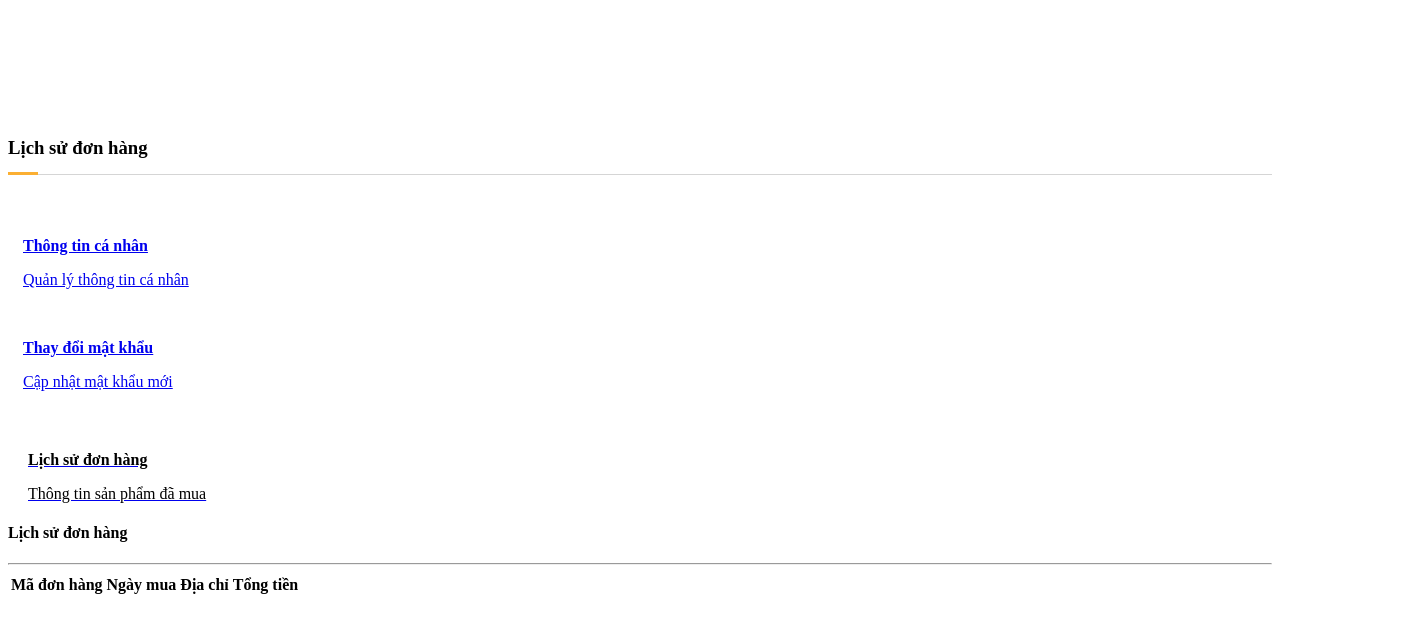
Repository: nguyengiabao245/NHOM3_C2
Page: http://localhost/DoAnJava/WEB-INF/views/order/list.jsp
These files come from the project's save history. The page is drawn as it stood at one moment and after the next save; the edit follows.
The browser window is 1280 px wide. The page is 1408 px wide, so the pictures cover 1408 px, including what lies to the right of the window. The pictures show the whole page.
The page is served by Tomcat 9. Nobody is signed in. The template is opened directly, without the code that normally fills it, so the values that code supplies are empty.

Above is the page before, as saved 2022-05-16 06:51:58.

### DoAnJava/src/main/webapp/WEB-INF/views/order/list.jsp
<%@ page pageEncoding="utf-8"%>
<%@ taglib uri="http://java.sun.com/jstl/core_rt" prefix="c"%>
<%@ taglib uri="http://java.sun.com/jstl/fmt_rt" prefix="f"%>
<%@ taglib prefix="fmt" uri="http://java.sun.com/jsp/jstl/fmt"%>



<div class="container" style="margin-bottom: 25px;margin-top:100px">
	<br>
	<h3 class="title" style="font-weight: 700">Lịch sử đơn hàng	</h3>
	<br>


	<div class="row">
		<div class="col-sm-4">

			<li class="nav-item2 " style="list-style-type: none;"><a
				class="nav-link collapsed" href="/account/edit"
				ata-toggle="collapse" id="i">
					<div class="row">
						<div class="col-sm-2">
							<i class="fas fa-info-circle"
								style="font-size: 30px; padding: 12px 5px; color: black;"></i>
						</div>
						<div class="col-sm-10" style="padding: 0px 15px;">
							<span> <b>Thông tin cá nhân</b>
								<p>Quản lý thông tin cá nhân</p>
							</span>
						</div>
					</div>
			</a></li>

			<li class="nav-item2 " style="list-style-type: none;"><a
				class="nav-link collapsed" href="/account/change"
				data-toggle="collapse" data-target="#collapseNews"
				aria-expanded="true" aria-controls="collapseNews">
					<div class="row">
						<div class="col-sm-2">
							<i class="fas fa-key"
								style="font-size: 30px; padding: 12px 5px; color: black;"></i>
						</div>
						<div class="col-sm-10" style="padding: 0px 15px;">
							<span> <b>Thay đổi mật khẩu</b>
								<p>Cập nhật mật khẩu mới</p>
							</span>
						</div>
					</div>
			</a></li>
			<div class="quan-li-thong-tin">
				<li class="nav-item2 active" style="list-style-type: none;"><a
					class="nav-link collapsed" href="/order/list"
					data-target="#collapseTwo" aria-expanded="true"
					aria-controls="collapseTwo">
						<div class="row">
							<div class="col-sm-2">
								<i class="fas fa-shopping-cart"
									style="font-size: 30px; padding: 12px 5px; color: black;"></i>
							</div>
							<div class="col-sm-10" style="padding: 0px 15px;">
								<span> <b>Lịch sử đơn hàng</b>
									<p>Thông tin sản phẩm đã mua</p>
								</span>
							</div>
						</div>
				</a></li>
			</div>
		</div>

		<div class="col-sm-8">
			<div class="ct1">
				<div>
					<h4 style="font-weight: 600">Lịch sử đơn hàng</h4>
					<hr>
					<table class="table table-striped table-bordered table-hover" id="dataTables-example">
						<thead>
							<tr>
								<th>Mã đơn hàng</th>
								<th>Ngày mua</th>
								<th>Địa chỉ</th>
								<th>Tổng tiền</th>
								<th></th>
							</tr>
						</thead>
						<tbody>
							<c:forEach var="o" items="${orders}">
								<tr>
									<td>${o.id}</td>
									<td><fmt:formatDate type="both" dateStyle="short"
											timeStyle="short" value="${o.orderDate}" /></td>
									<td>${o.address }</td>
									<td><f:formatNumber value="${o.amount}" pattern="#,###" />
										VNĐ</td>
									<td><a href="/order/detail/${o.id}"
										class="btn btn-sm btn-warning" style="background-color:grey"> Chi tiết </a></td>
								</tr>
							</c:forEach>

						</tbody>
					</table>
				</div>
			</div>
		</div>

	</div>
</div>




<style>
.dang-nhap {
	background-color: white;
	padding: 30px 120px;
	margin: 0 auto;
	width: 60%;
}
h3.title {
	margin-bottom: 10px;
	padding-bottom: 15px;
	border-bottom: 1px solid #d5d5d5;
	position: relative
}

h3.title:after {
	content: '';
	display: block;
	width: 30px;
	height: 3px;
	background-color: #fbaf32;
	position: absolute;
	left: 0;
	bottom: -1px
}

.title-h h3 {
	font-weight: bolder;
}

.quan-li-thong-tin .active {
	background-color: white;
	width: 110%;
	padding: 10px 5px 0px;
	border-radius: 5px;
}

.gach {
	background-color: blue;
	width: 100px;
}

.quan-li-thong-tin .active span {
	color: black;
}
</style>

After the next save:
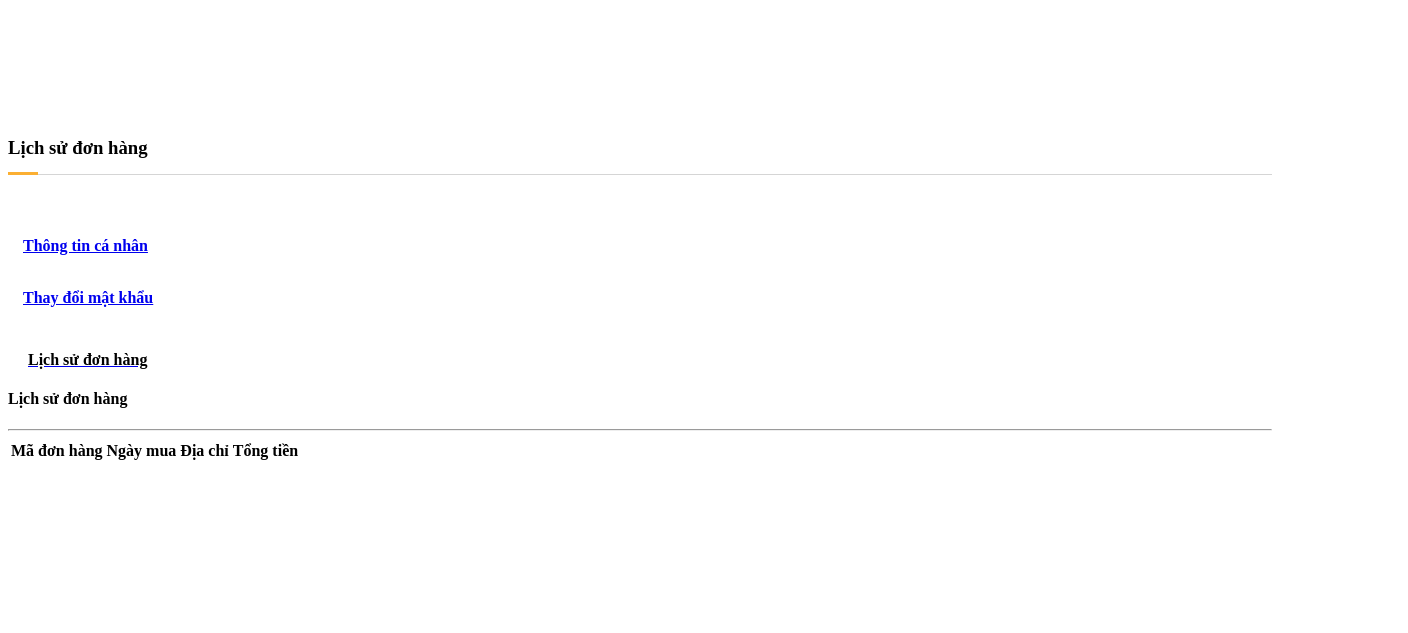
Saved 16 s later.
--- a/DoAnJava/src/main/webapp/WEB-INF/views/order/list.jsp
+++ b/DoAnJava/src/main/webapp/WEB-INF/views/order/list.jsp
@@ -24,7 +24,6 @@
 						</div>
 						<div class="col-sm-10" style="padding: 0px 15px;">
 							<span> <b>Thông tin cá nhân</b>
-								<p>Quản lý thông tin cá nhân</p>
 							</span>
 						</div>
 					</div>
@@ -41,7 +40,7 @@
 						</div>
 						<div class="col-sm-10" style="padding: 0px 15px;">
 							<span> <b>Thay đổi mật khẩu</b>
-								<p>Cập nhật mật khẩu mới</p>
+
 							</span>
 						</div>
 					</div>
@@ -58,7 +57,7 @@
 							</div>
 							<div class="col-sm-10" style="padding: 0px 15px;">
 								<span> <b>Lịch sử đơn hàng</b>
-									<p>Thông tin sản phẩm đã mua</p>
+
 								</span>
 							</div>
 						</div>
